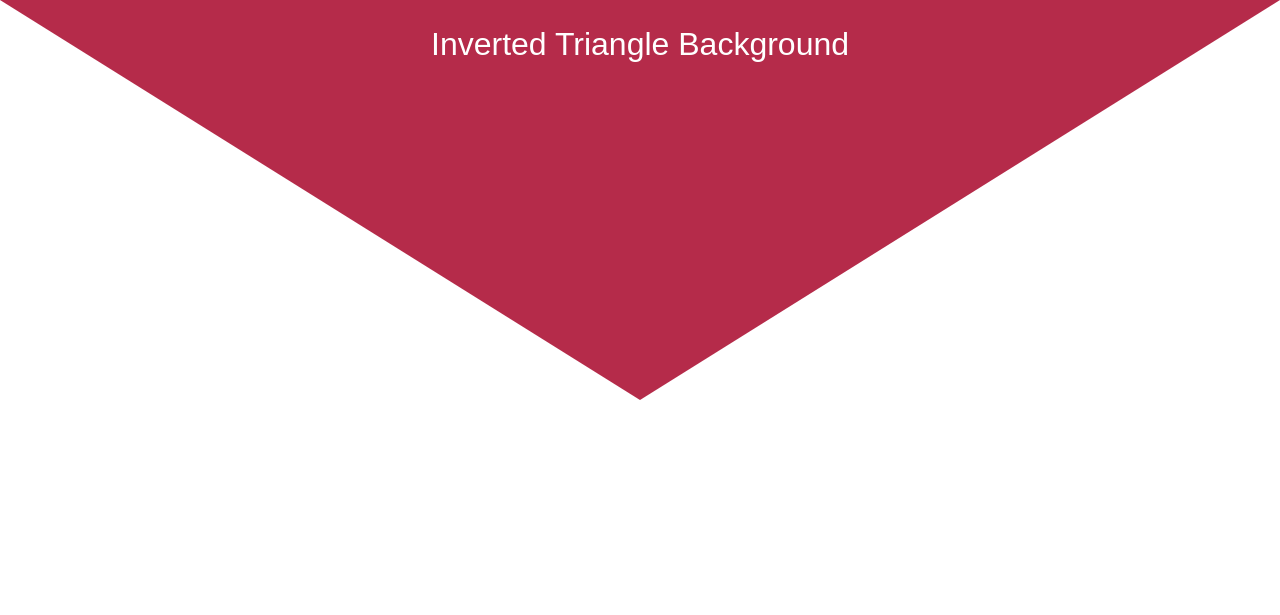
Repository: FrontendProjectsNL/mijn-portfolio-project
Page: /test-skewed-triangle
These files come from the project's save history. The page is drawn as it stood at one moment and after the next save; the edit follows.
The browser window is 1280 px wide. The pictures show the whole page.
The project was rebuilt for these pictures with package versions that can differ from the ones it lists, and the page was loaded fresh each time. The framework's server and built-in components were replaced by stand-ins that run in the browser. Also part of the build but not shown: next.config.mjs.

Above is the page before, as saved 2024-10-23 00:28:18.

After the next save:
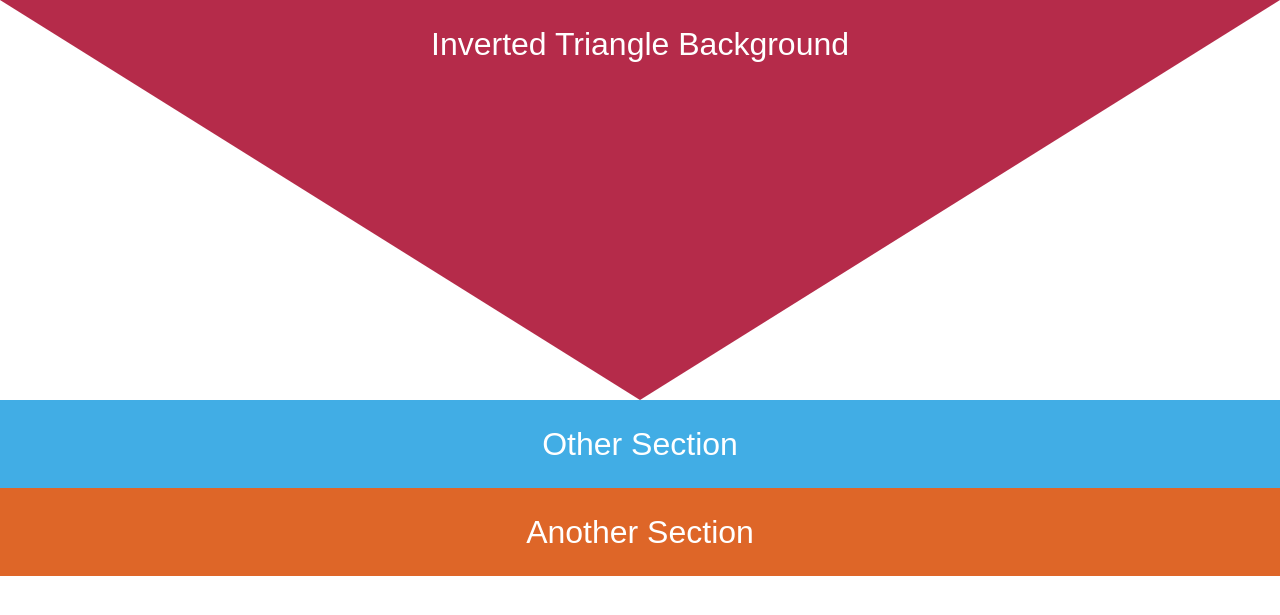
Saved 16 s later.
--- a/app/test-skewed-triangle/skewed-triangle.css
+++ b/app/test-skewed-triangle/skewed-triangle.css
@@ -1,13 +1,30 @@
 .edge--triangle {
   position: relative;
+  z-index: 1;
   background: inherit;
-  clip-path: polygon(50% 100%, 0 0, 100% 0); /* Inverted triangle */
-  height: 400px; /* Adjust based on how big you want the triangle */
-  width: 100%; /* Ensures it stretches full width */
+  clip-path: polygon(
+    50% 100%,
+    0 0,
+    100% 0
+  ); /* Creates the inverted triangle shape */
+  height: 400px; /* Adjust height based on your design */
 }
 
+/* Background Colors */
 .bg-berry {
   background: #b52b4a;
+}
+
+.bg-blue {
+  background: #41ade5;
+}
+
+.bg-orange {
+  background: #de6628;
+}
+
+.bg-green {
+  background: #5e9b42;
 }
 
 .block {
@@ -21,3 +38,9 @@ h1 {
   font-size: 32px;
   font-weight: 500;
 }
+
+p {
+  font-size: 14px;
+  font-weight: 300;
+  margin-top: 0.5em;
+}
